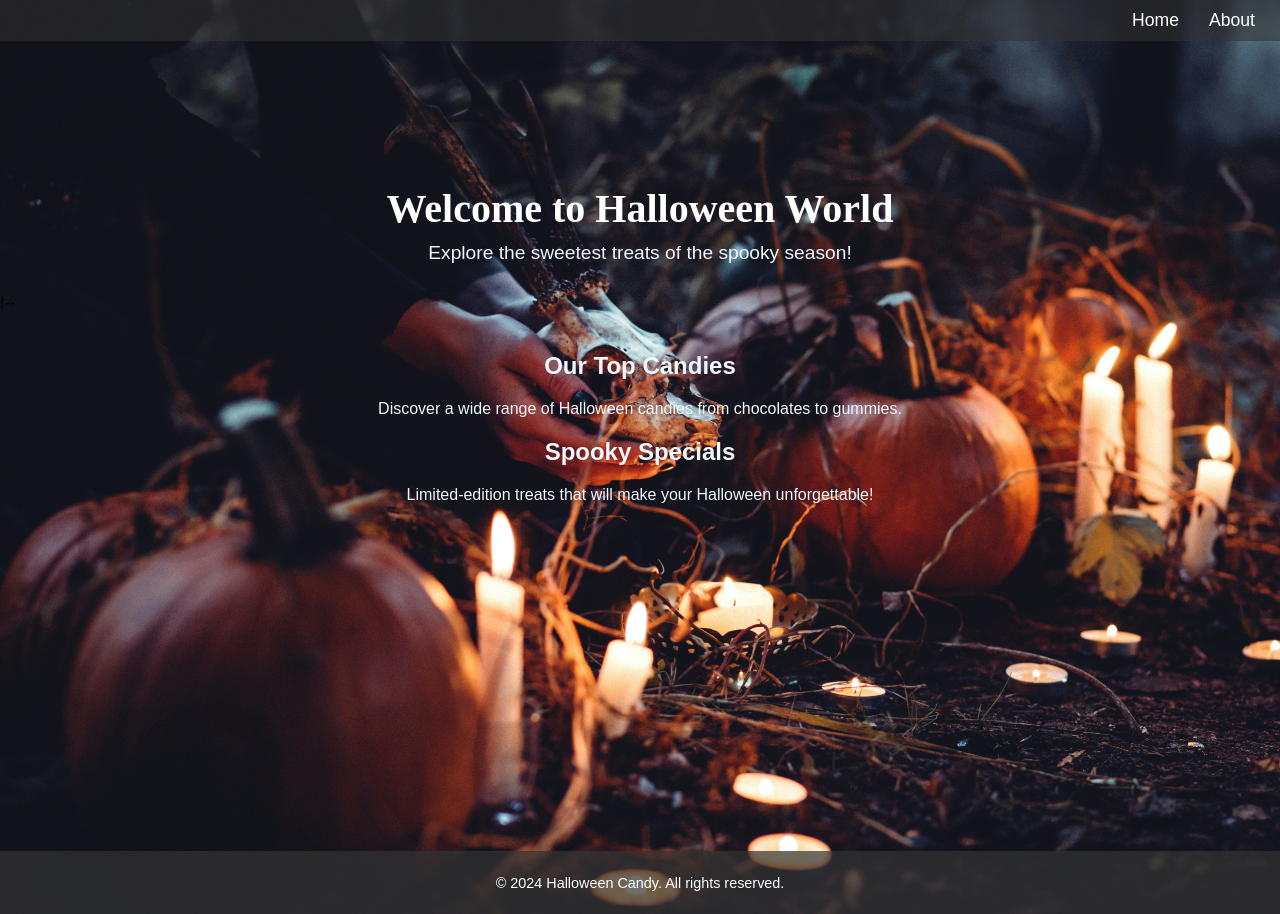
Repository: monicaifijeh/test2
Page: kyportfolio/src/indexHallo.html
An editor plug-in stored every save of this project. The page is shown before and after the next save, followed by the edit.
The browser window is 1280 px wide. The pictures show the whole page.

Above is the page before, as saved 2024-12-20 17:58:42.

### kyportfolio/src/indexHallo.html
<!DOCTYPE html>
<html lang="en">
  <head>
    <meta charset="UTF-8" />
    <meta name="viewport" content="width=device-width, initial-scale=1.0" />
    <title>Halloween Candy</title>
    <link rel="stylesheet" href="kystyle.css" />
  </head>
  <body>
    <nav>
      <ul>
        <li><a href="indexHallo.html">Home</a></li>
        <li><a href="aboutHallo.html">About</a></li>
      </ul>
    </nav>
    <header>
      <h1>Welcome to Halloween World</h1>
      <p>Explore the sweetest treats of the spooky season!</p>
    </header>
    !--<main>
      <section class="intro">
        <h2>Our Top Candies</h2>
        <p>
          Discover a wide range of Halloween candies from chocolates to gummies.
        </p>
      </section>
      <section class="intro">
        <h2>Spooky Specials</h2>
        <p>
          Limited-edition treats that will make your Halloween unforgettable!
        </p>
      </section>
    </main>
    <footer>
      <p>&copy; 2024 Halloween Candy. All rights reserved.</p>
    </footer>
  </body>
</html>

### kyportfolio/src/kystyle.css
body {
    font-family: Arial, sans-serif;
    margin: 0;
    padding: 0;
background-image: url("/kyportfolio/images/freestocks-twVS-YjQn9Y-unsplash.jpg");
background-repeat: no-repeat;
background-size: cover;
}

header {
    text-align: center;
    padding: 20px;

}

header h1 {
    margin: 0;
    font-size: 2.5rem;
   color: #fff;
   font-family: fantasy;
   margin-top: 10%;
}
.intro{
    color: aliceblue;
    text-align: center;
}

header p {
    color: aliceblue;
    margin: 10px 0;
    font-size: 1.2rem;
}

nav ul {
    display: flex;
    justify-content: right;
    list-style: none;
    padding: 10px;
    background-color: #3333338a;
    margin: 0;
    position: sticky;
}

nav ul li {
    margin: 0 15px;
}

nav ul li a {
    text-decoration: none;
    color: #fff;
    font-size: 1.1rem;
}

nav ul li a:hover {
    text-decoration: underline;
}

main {
    padding: 20px;
    box-sizing: border-box;
    display: block;

}

section {
    margin-bottom: 20px;
}

footer {
    margin-top: 24%;
    text-align: center;
    padding: 10px;
    background-color: #333333b4;
    color: #fff;
    font-size: 0.9rem;

}

After the next save:
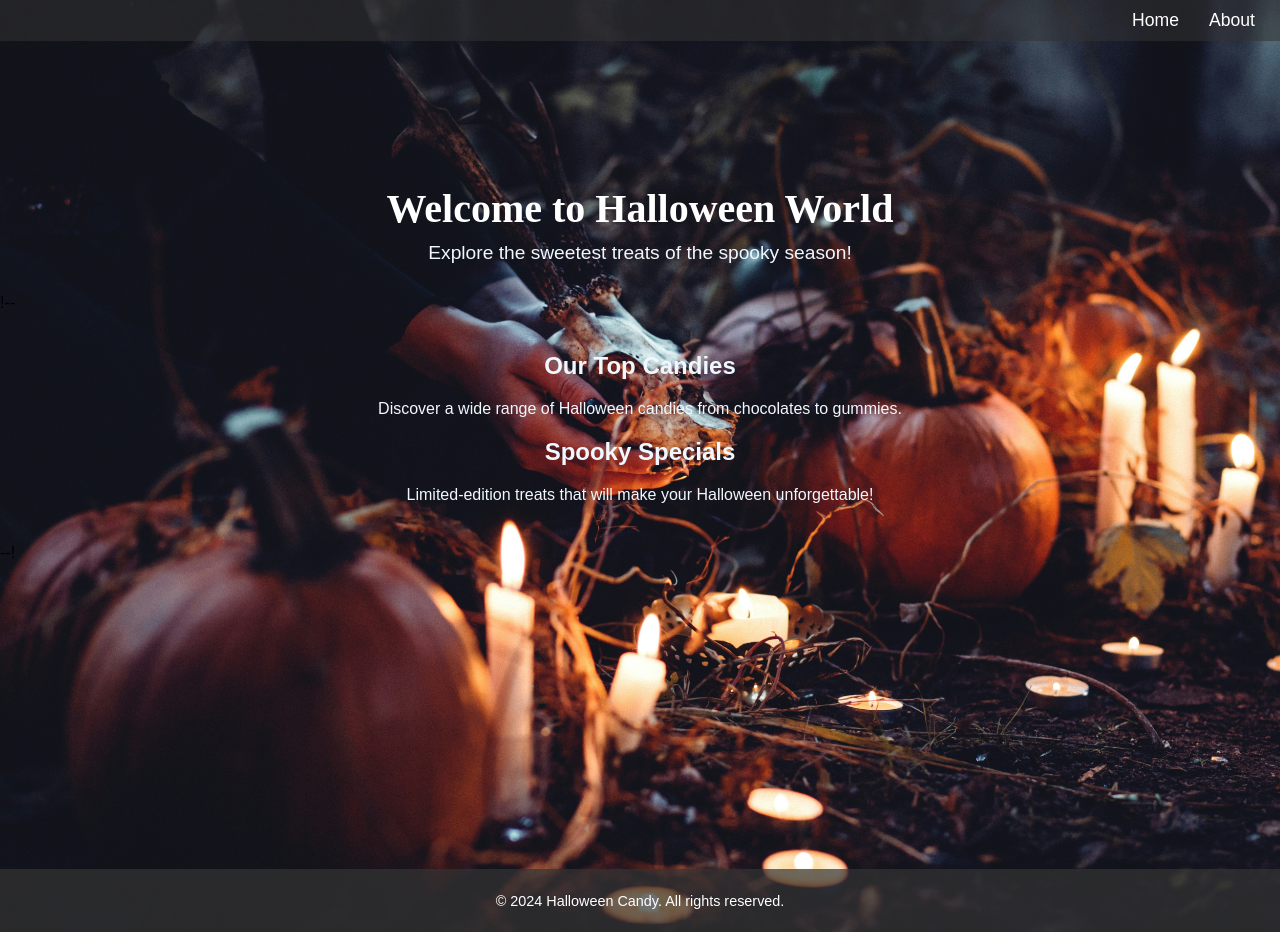
Saved 5 min 45 s later.
--- a/kyportfolio/src/indexHallo.html
+++ b/kyportfolio/src/indexHallo.html
@@ -30,7 +30,7 @@
           Limited-edition treats that will make your Halloween unforgettable!
         </p>
       </section>
-    </main>
+    </main>--!
     <footer>
       <p>&copy; 2024 Halloween Candy. All rights reserved.</p>
     </footer>
